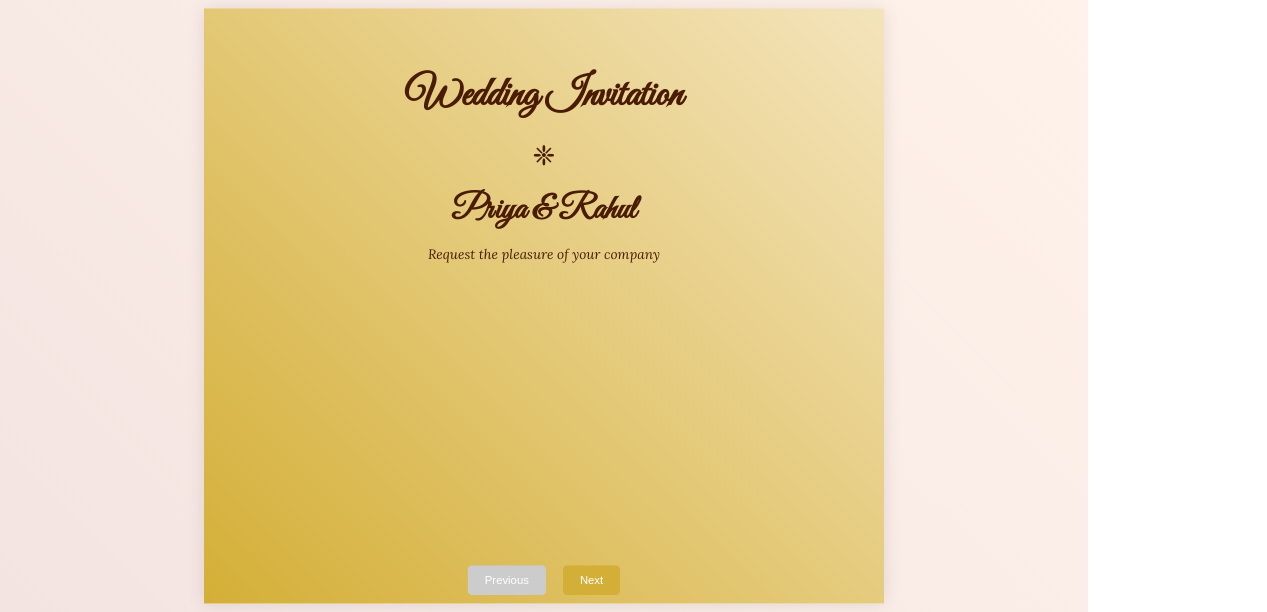
Repository: abhibkop27/finalwedding
Page: index.html
An editor plug-in stored every save of this project. The page is shown before and after the next save, followed by the edit.
The browser window is 1280 px wide. The page is 1280 px wide, then 1490 px, then 1280 px, so the pictures cover 1490 px, including what lies to the right of the window. The pictures show the whole page, at 85% of full size.

Above is the page before, as saved 2025-02-17 12:18:13.

After the next save:
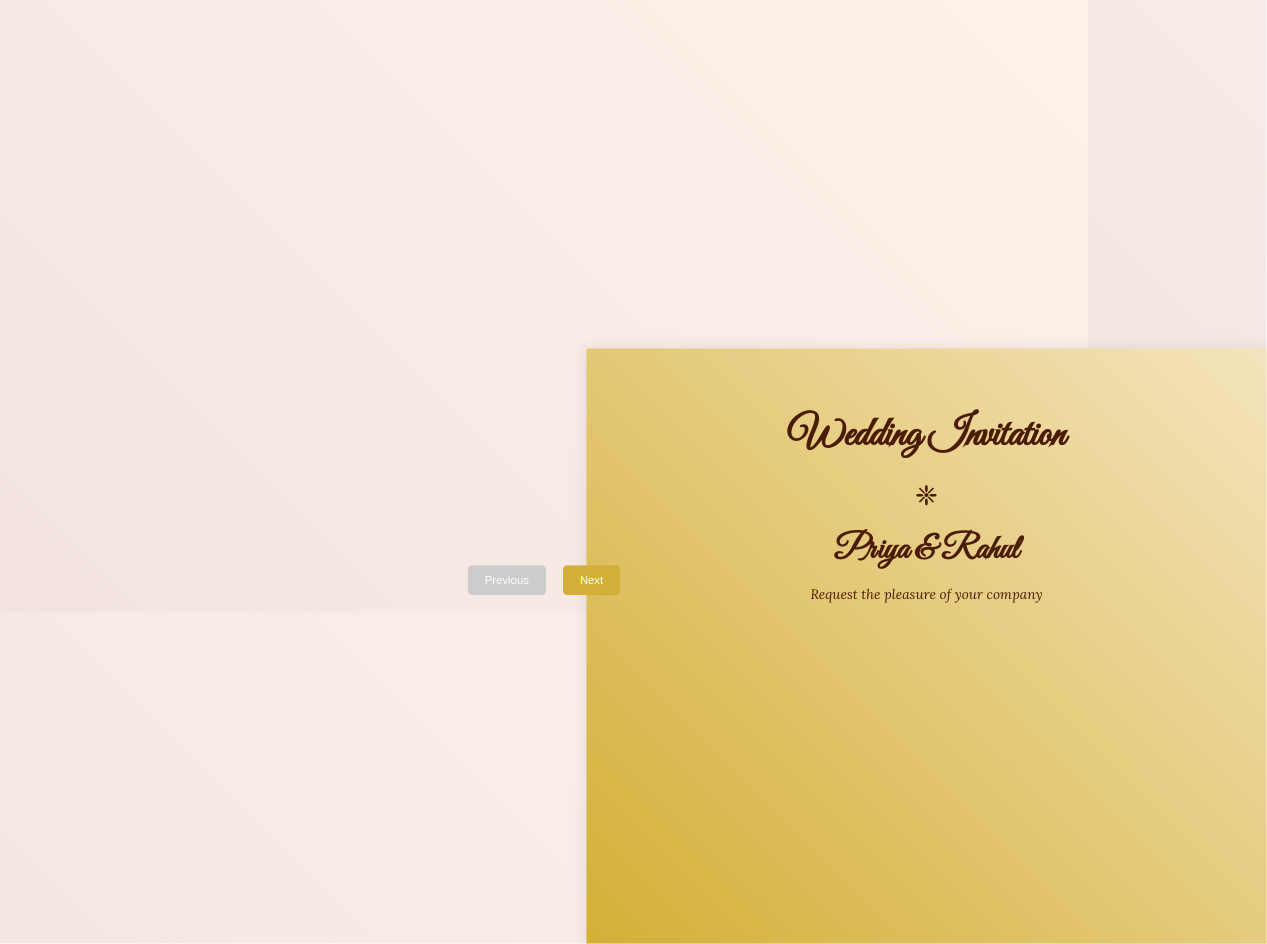
Saved 62 s later.
--- a/index.html
+++ b/index.html
@@ -9,6 +9,7 @@
 </head>
 <body>
     <div class="book">
+        <div class="page-body">
         <div class="page cover active" data-page="1">
             <div class="content">
                 <h1>Wedding Invitation</h1>
@@ -17,6 +18,7 @@
                 <p>Request the pleasure of your company</p>
             </div>
         </div>
+    </div>
 
         <div class="page" data-page="2">
             <div class="content">

After the 2 saves that followed:
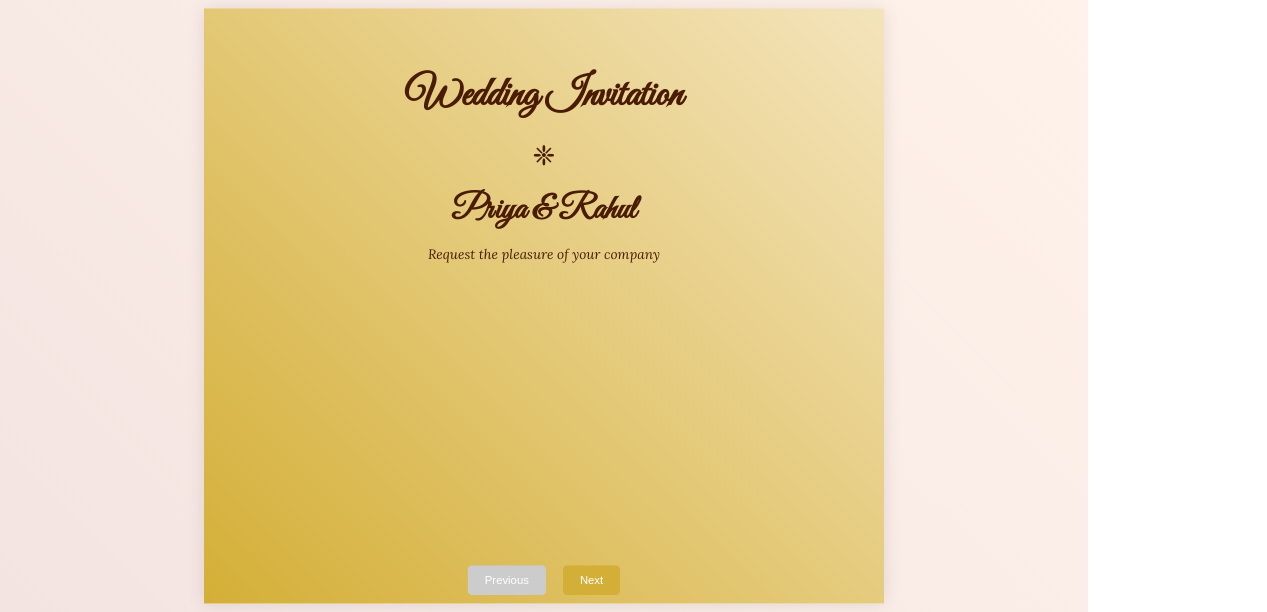
The 2 saves are shown as one change because 1 left the picture as it was.
The last was saved 50 s later.
--- a/index.html
+++ b/index.html
@@ -9,8 +9,8 @@
 </head>
 <body>
     <div class="book">
-        <div class="page-body">
-        <div class="page cover active" data-page="1">
+    <div class="page-body" data-page="1"></div>>
+        <div class="page cover active" >
             <div class="content">
                 <h1>Wedding Invitation</h1>
                 <div class="ornament">❈</div>
